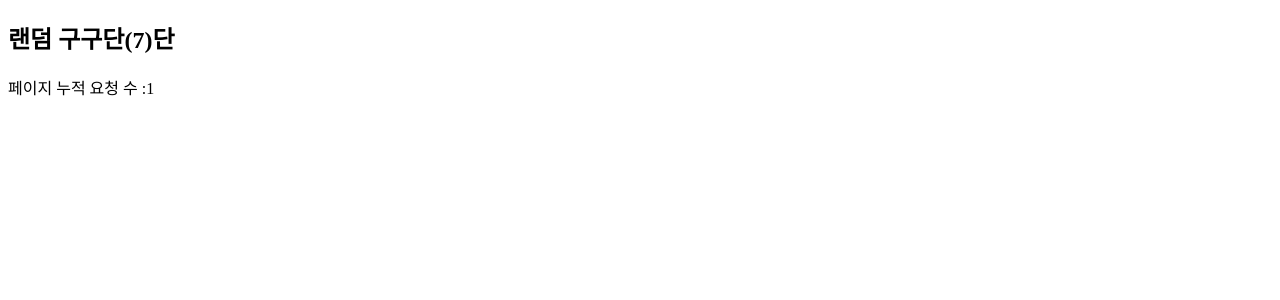
Repository: dev-leeJin/jsp-practice
Page: http://localhost/JSPBasic/jspTag/TagQ02.jsp
The author's editor kept a copy of each file at every save. The page is drawn from the files as they stood at one save, then again after the next save.
The browser window is 1280 px wide. The pictures show the whole page.
The page is served by Tomcat 9.

Above is the page before, as saved 2022-01-28 06:39:29.

After the next save:
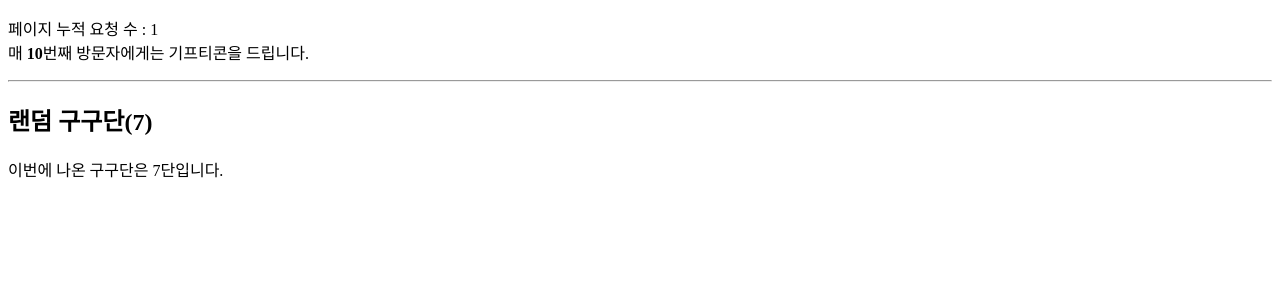
Saved 5 days later.
--- a/JSPBasic/src/main/webapp/jspTag/TagQ02.jsp
+++ b/JSPBasic/src/main/webapp/jspTag/TagQ02.jsp
@@ -7,23 +7,23 @@
 <title>Insert title here</title>
 </head>
 <body>
-	<%!
-		public int total = 0;
+	<%! int total; %>
+	<%
+		total++;
+		int num = (int)(Math.random() * 8) + 2;
+	%>
+		<p>
+			페이지 누적 요청 수 : <%=total %> <br>
+			매 <b>10</b>번째 방문자에게는 기프티콘을 드립니다.<br>
+			<%if(total % 10==0){%>
+				당첨되셨습니다!!
+			<%} %>
+		</p>
+		<hr>
 
-		int randomNum(){
-			int result =(int)(Math.random() * 9) + 1;
-			return result;
-		}
-	%>
-		<h2>랜덤 구구단(<b><%=randomNum() %></b>)단</h2>
-
-	<%
-		out.println("페이지 누적 요청 수 :" + ++total);
-		if(total == 10){
-			out.println("</br>" +"매 10번째 방문자에게는 기프티콘을 드립니다." + "</br>" + "담청되셨습니다!!");
-		}
-
-
-	%>
+		<h2>랜덤 구구단(<%=num %>)</h2>
+		<p>
+			이번에 나온 구구단은 <%=num %>단입니다.
+		</p>
 </body>
 </html>
